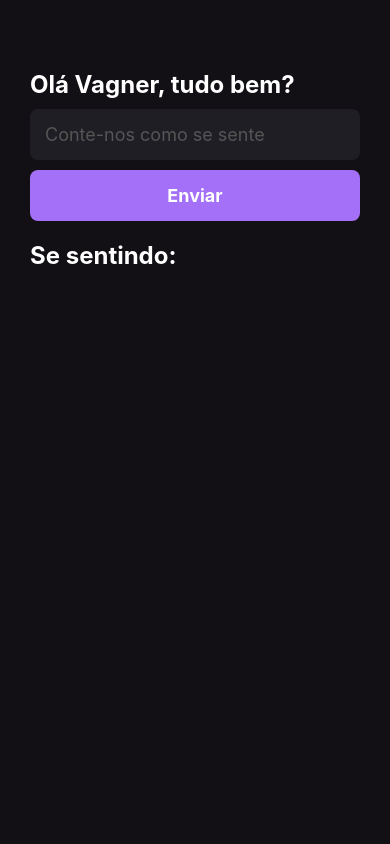
Repository: vagnereix/01-myskills-trilha-react-native
Screen: /
An editor plug-in stored every save of this project. The screen is shown before and after the next save, followed by the edit.
The app was drawn by React Native's web renderer in a window 390 px wide. The project was rebuilt for these pictures with package versions that can differ from the ones it lists, and the page was loaded fresh each time.

Above is the screen before, as saved 2021-06-17 17:48:47.

### App.tsx
import React from 'react';

import { Home } from './pages/home';

export default function App() {
  return (
    <Home />
  );
};

### pages/home.tsx
import React, { useState } from 'react';
import {
    View,
    Text,
    StyleSheet,
    TextInput,
    Platform,
    TouchableOpacity
} from 'react-native';

export function Home() {
    const [feeling, setFeeling] = useState<string>('Ui');

    function handleClick() {
        alert(feeling)
    }

    function handleChange(feeling: string) {
        setFeeling(feeling)
    }

    return (
      <View style={styles.container}>
        <Text style={styles.title}>Olá Vagner, tudo bem?</Text>

        <TextInput
          // onChange={event => handleChange(event.target.value)}
          style={styles.input}
          placeholder="Conte-nos como se sente"
          placeholderTextColor="#555"
        />

        <TouchableOpacity style={styles.touch} onPress={handleClick}>
          <Text style={styles.touchText}>Enviar</Text>
        </TouchableOpacity>

        <Text style={[styles.title, {marginTop: 20}]}>Se sentindo:</Text>
      </View>
    );
}

const styles = StyleSheet.create({
  container: {
    flex: 1,
    paddingHorizontal: 30,
    paddingVertical: 70,
    backgroundColor: '#121015',
  },
  title: {
    color: '#fff',
    fontWeight: 'bold',
    fontSize: 24,
    marginBottom: 10,
  },
  input: {
    borderRadius: 8,
    backgroundColor: '#1f1e25',
    fontSize: 18,
    padding: Platform.OS == 'android' ? 10 : 15,
  },
  touch: {
    backgroundColor: '#a370f7',
    marginTop: 10,
    padding: 15,
    borderRadius: 8,
    alignItems: 'center',
  },
  touchText: {
      fontWeight: 'bold',
      fontSize: 18,
      color: '#fff'
  }
});

After the next save:
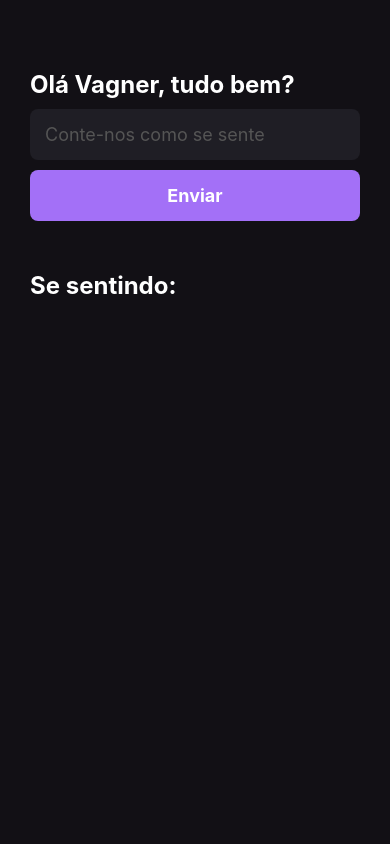
Saved 6 s later.
--- a/pages/home.tsx
+++ b/pages/home.tsx
@@ -34,7 +34,7 @@ export function Home() {
           <Text style={styles.touchText}>Enviar</Text>
         </TouchableOpacity>
 
-        <Text style={[styles.title, {marginTop: 20}]}>Se sentindo:</Text>
+        <Text style={[styles.title, {marginTop: 50}]}>Se sentindo:</Text>
       </View>
     );
 }
